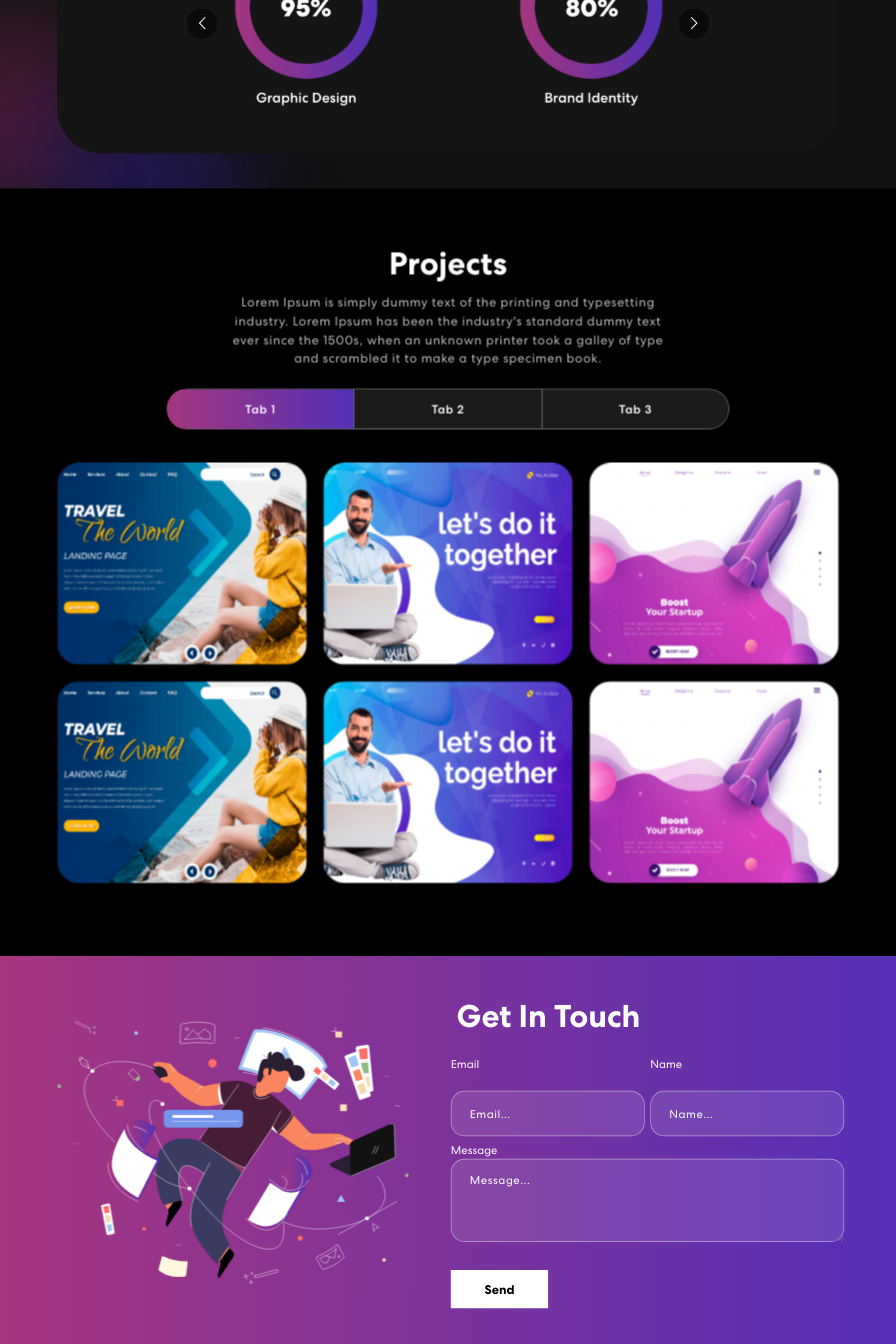
Repository: EmmanuelKeifala/emtee
Page: /
The author's editor kept a copy of each file at every save. The page is drawn from the files as they stood at one save, then again after the next save.
The browser window is 1280 px wide. The pictures show the part of the page from y = 1126 to 3046 px (the page is 3404 px tall), at 70% of full size.
The project was rebuilt for these pictures with package versions that can differ from the ones it lists, and the page was loaded fresh each time. Some packages were replaced by stand-ins written for this rebuild.

Above is the page before, as saved 2022-09-30 17:03:11.

After the next save:
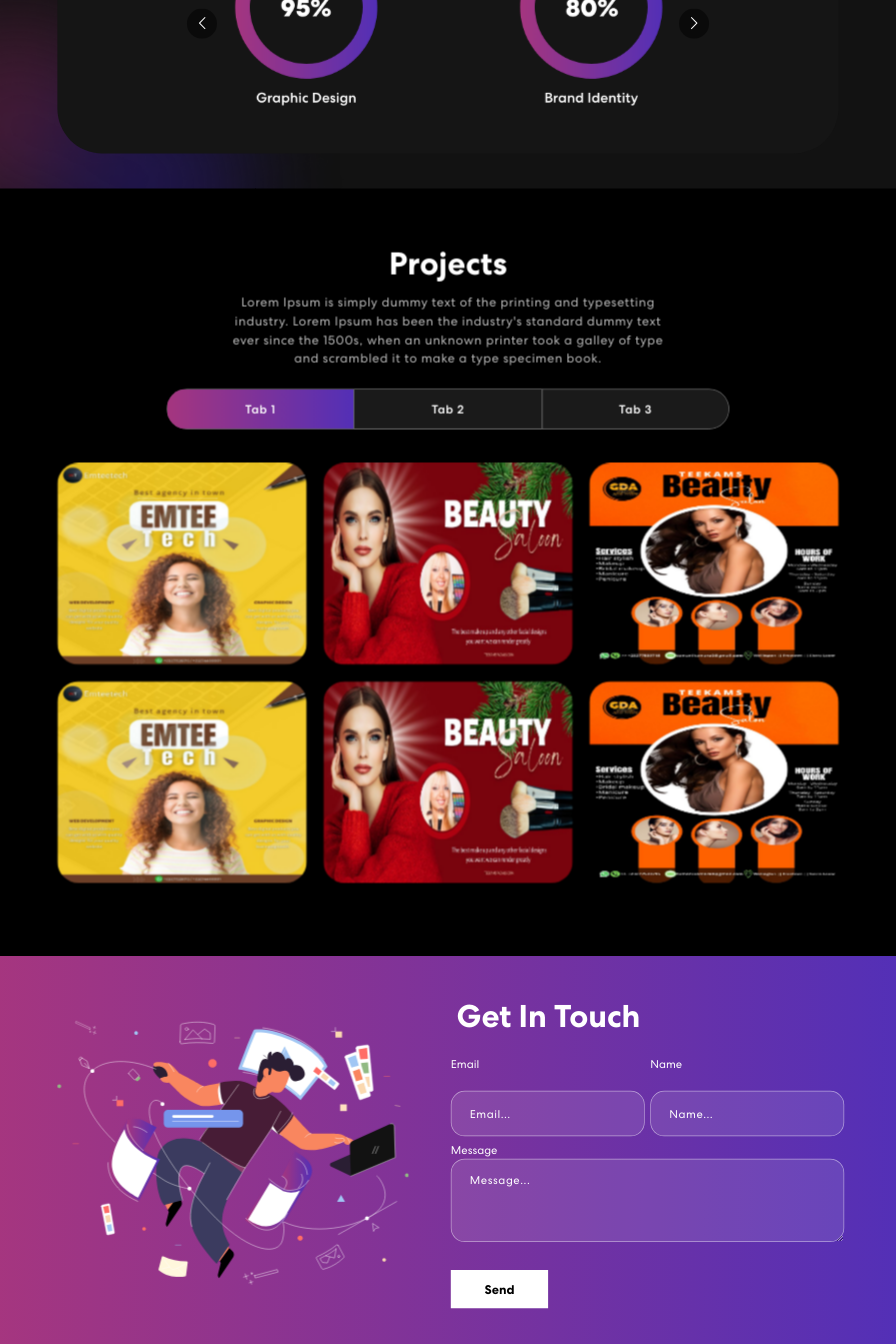
Saved 97 s later.
--- a/src/Components/Projects.jsx
+++ b/src/Components/Projects.jsx
@@ -1,9 +1,11 @@
 import React from "react";
 import { Container, Row, Col, Tab, Nav } from "react-bootstrap";
 import { ProjectCard } from "./ProjectCard";
-import projImg1 from "../assets/img/project-img1.png";
-import projImg2 from "../assets/img/project-img2.png";
-import projImg3 from "../assets/img/project-img3.png";
+import projImg1 from "../assets/img/project-1.jpeg";
+import projImg2 from "../assets/img/project-2.jpeg";
+import projImg3 from "../assets/img/project-3.jpeg";
+import projImg4 from "../assets/img/project-4.jpeg";
+
 import colorSharp2 from "../assets/img/color-sharp2.png";
 import ecommerce from "../assets/img/Ecommerce-2.jpeg";
 import tiktok from "../assets/img/tiktok-clone-1.png";
